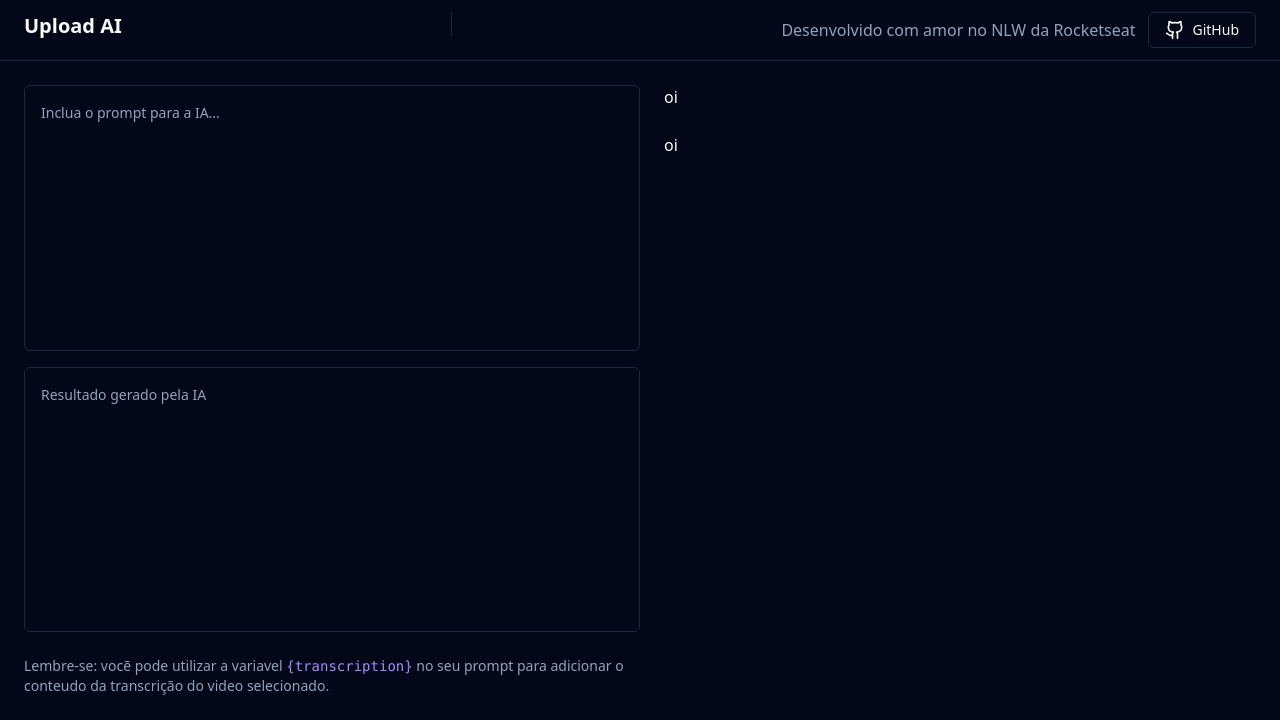
Repository: brksaian/nlw-2023-IA
Page: /
An editor plug-in stored every save of this project. The page is shown before and after the next save, followed by the edit.
The browser window is 1280 px wide. The pictures show the whole page.
The project was rebuilt for these pictures with package versions that can differ from the ones it lists, and the page was loaded fresh each time. Also part of the build but not shown: vite.config.ts.

Above is the page before, as saved 2023-09-12 22:18:18.

After the next save:
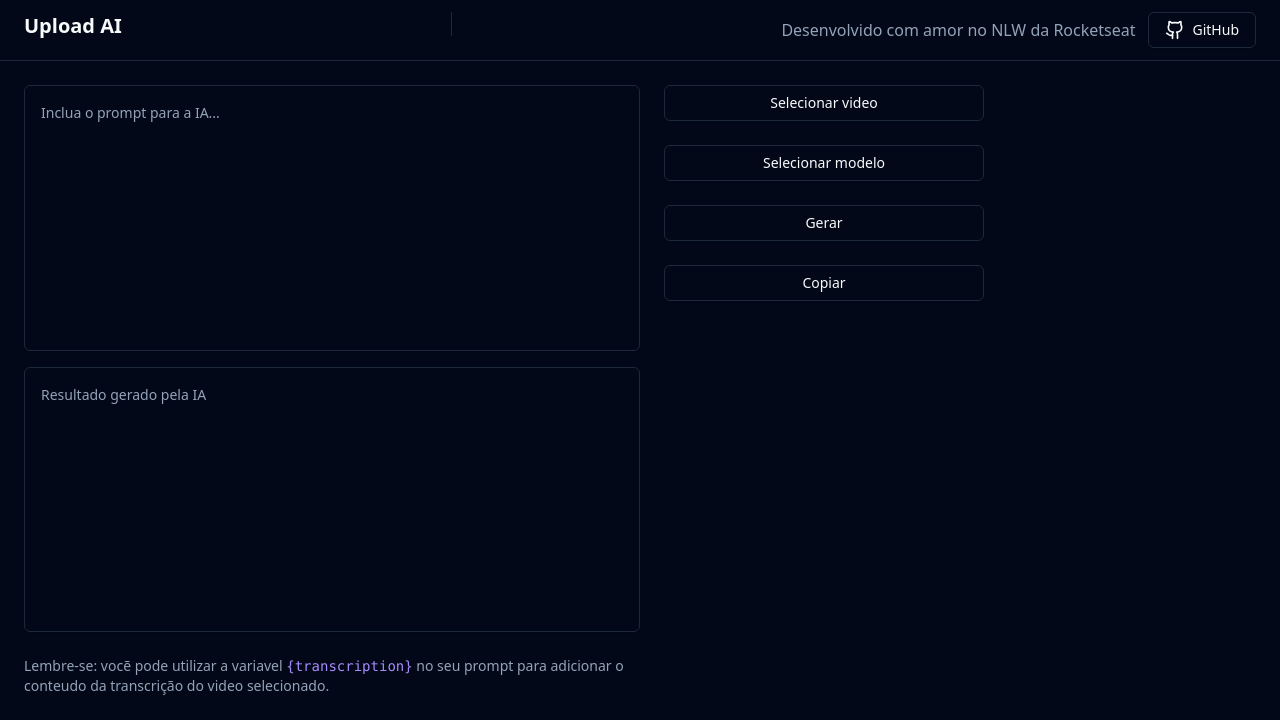
Saved 69 s later.
--- a/src/App.tsx
+++ b/src/App.tsx
@@ -42,8 +42,14 @@
           </p>
         </div>
         <aside className="w-80 space-y-6">
-          <p>oi</p>
-          <p>oi</p>
+          <form className="flex flex-col gap-6">
+            <Button variant="outline">Selecionar video</Button>
+            <Button variant="outline">Selecionar modelo</Button>
+          </form>
+          <div className="flex flex-col gap-6">
+            <Button variant="outline">Gerar</Button>
+            <Button variant="outline">Copiar</Button>
+          </div>
         </aside>
       </main>
     </div>

After the save that followed:
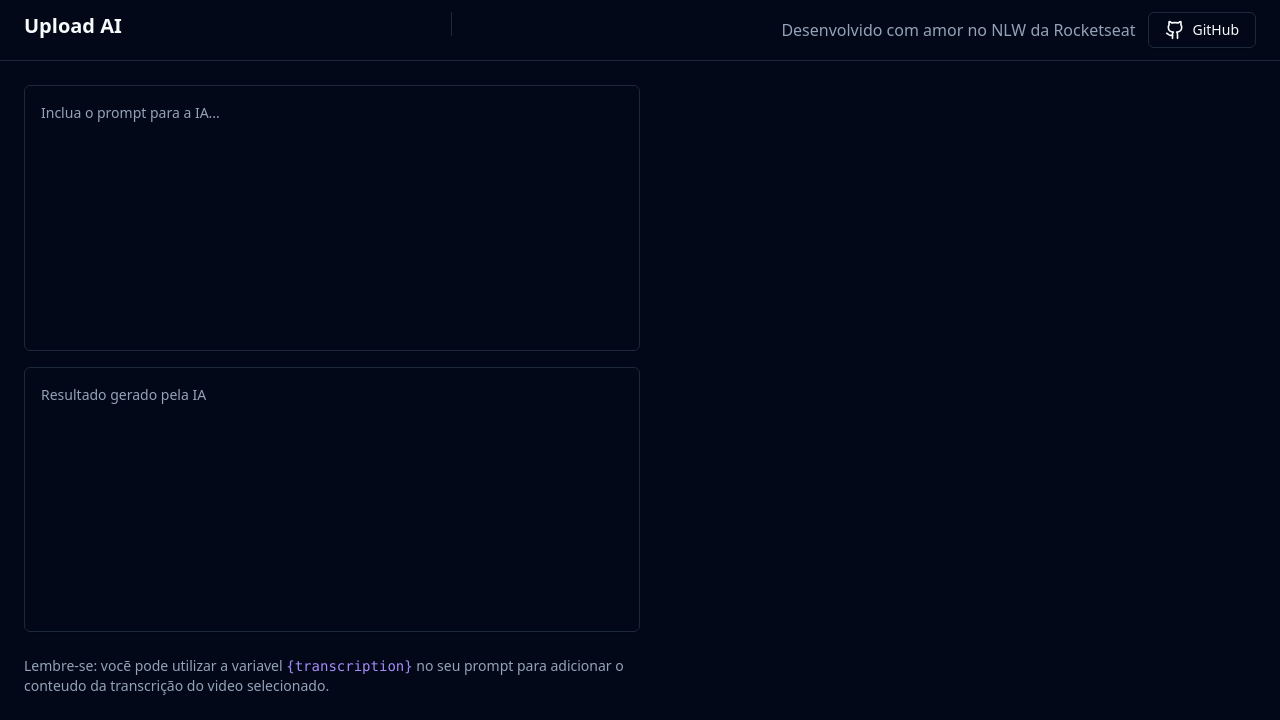
Saved 77 s later.
--- a/src/App.tsx
+++ b/src/App.tsx
@@ -42,14 +42,16 @@
           </p>
         </div>
         <aside className="w-80 space-y-6">
-          <form className="flex flex-col gap-6">
-            <Button variant="outline">Selecionar video</Button>
-            <Button variant="outline">Selecionar modelo</Button>
+          <form className="space-y-6">
+            <label htmlFor="video" className="block"></label>
+            <input
+              type="file"
+              name="video"
+              id="video"
+              className="hidden"
+              accept="video/*"
+            ></input>
           </form>
-          <div className="flex flex-col gap-6">
-            <Button variant="outline">Gerar</Button>
-            <Button variant="outline">Copiar</Button>
-          </div>
         </aside>
       </main>
     </div>
